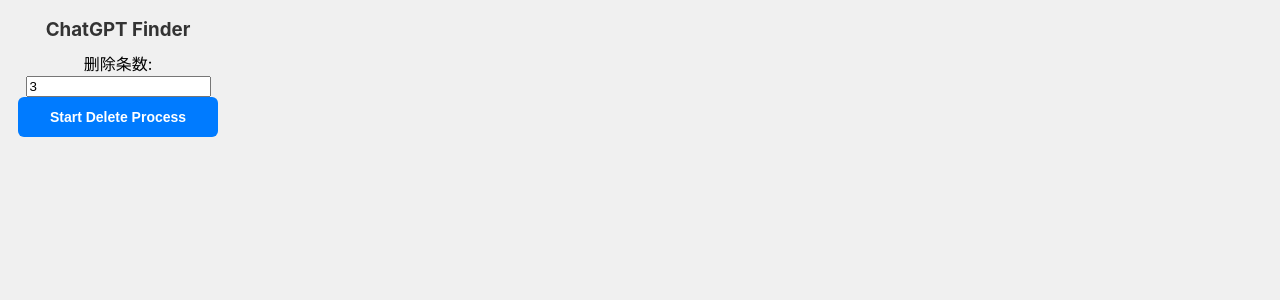
Repository: miloyiyangsun/Batch-Deleter-for-ChatGPT-History
Page: popup.html
An editor plug-in stored every save of this project. The page is shown before and after the next save, followed by the edit.
The browser window is 1280 px wide. The pictures show the whole page.

Above is the page before, as saved 2025-07-03 20:56:31.

After the next save:
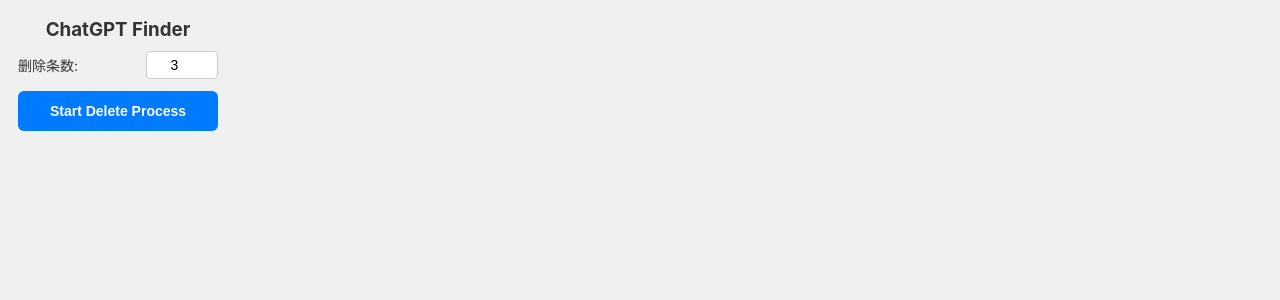
Saved 4 s later.
--- a/popup.css
+++ b/popup.css
@@ -28,3 +28,24 @@
 button:hover {
     background-color: #0056b3;
 }
+
+.input-group {
+    display: flex;
+    justify-content: space-between;
+    align-items: center;
+    margin-bottom: 12px;
+}
+
+.input-group label {
+    font-size: 14px;
+    color: #333;
+}
+
+.input-group input {
+    width: 60px;
+    padding: 5px;
+    border-radius: 4px;
+    border: 1px solid #ccc;
+    text-align: center;
+    font-size: 14px;
+}
